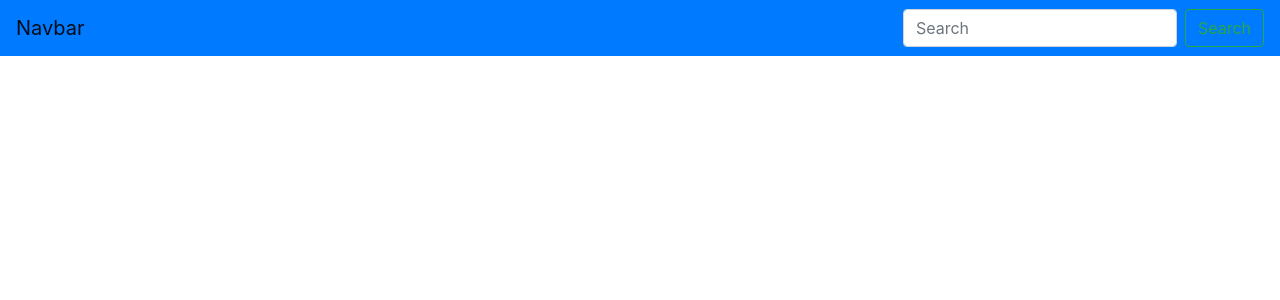
Repository: p2job/javawebapp
Page: http://localhost/demojsp/
An editor plug-in stored every save of this project. The page is shown before and after the next save, followed by the edit.
The browser window is 1280 px wide. The pictures show the whole page.
The page is served by Tomcat 9.

Above is the page before, as saved 2020-07-31 07:39:54.

After the next save:
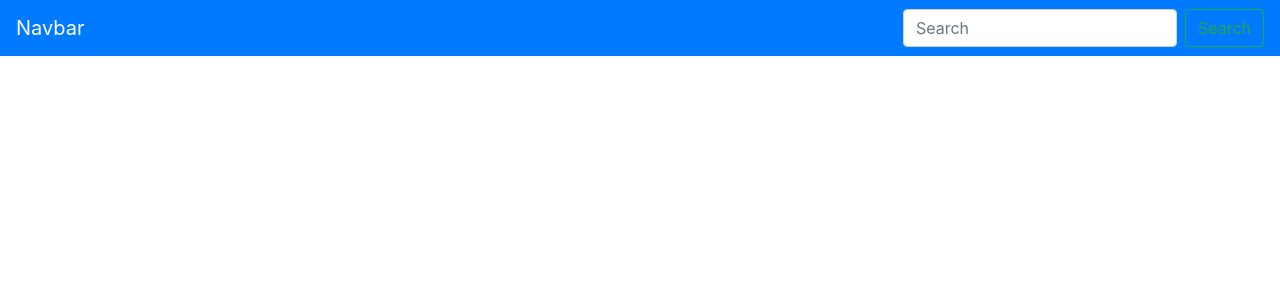
Saved 42 s later.
--- a/demojsp/WebContent/index.jsp
+++ b/demojsp/WebContent/index.jsp
@@ -9,7 +9,7 @@
 <title>Insert title here</title>
 </head>
 <body>
-	<nav class="navbar navbar-light bg-primary">
+	<nav class="navbar navbar-dark bg-primary">
   <a class="navbar-brand">Navbar</a>
   <form class="form-inline">
     <input class="form-control mr-sm-2" type="search" placeholder="Search" aria-label="Search">
